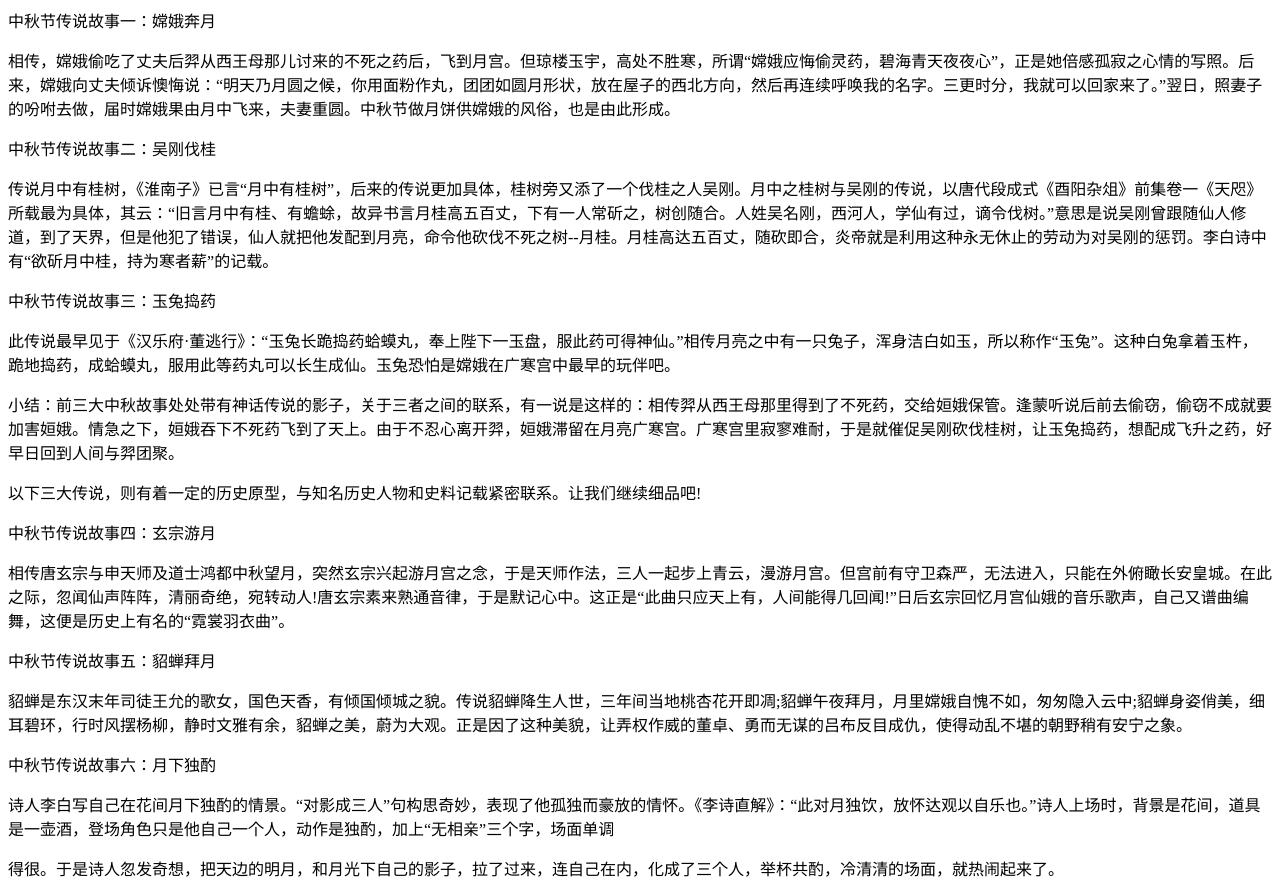
Repository: XueJie1/computer-operation-basics
Page: pages/midautumn/legend.html
The author's editor kept a copy of each file at every save. The page is drawn from the files as they stood at one save, then again after the next save.
The browser window is 1280 px wide. The pictures show the whole page.

Above is the page before, as saved 2023-09-04 22:01:30.

### pages/midautumn/legend.html
<p>中秋节传说故事一：嫦娥奔月</p>
<p>相传，嫦娥偷吃了丈夫后羿从西王母那儿讨来的不死之药后，飞到月宫。但琼楼玉宇，高处不胜寒，所谓“嫦娥应悔偷灵药，碧海青天夜夜心”，正是她倍感孤寂之心情的写照。后来，嫦娥向丈夫倾诉懊悔说：“明天乃月圆之候，你用面粉作丸，团团如圆月形状，放在屋子的西北方向，然后再连续呼唤我的名字。三更时分，我就可以回家来了。”翌日，照妻子的吩咐去做，届时嫦娥果由月中飞来，夫妻重圆。中秋节做月饼供嫦娥的风俗，也是由此形成。
</p>
<p>中秋节传说故事二：吴刚伐桂</p>
<p>传说月中有桂树，《淮南子》已言“月中有桂树”，后来的传说更加具体，桂树旁又添了一个伐桂之人吴刚。月中之桂树与吴刚的传说，以唐代段成式《酉阳杂俎》前集卷一《天咫》所载最为具体，其云：“旧言月中有桂、有蟾蜍，故异书言月桂高五百丈，下有一人常斫之，树创随合。人姓吴名刚，西河人，学仙有过，谪令伐树。”意思是说吴刚曾跟随仙人修道，到了天界，但是他犯了错误，仙人就把他发配到月亮，命令他砍伐不死之树--月桂。月桂高达五百丈，随砍即合，炎帝就是利用这种永无休止的劳动为对吴刚的惩罚。李白诗中有“欲斫月中桂，持为寒者薪”的记载。
</p>
<p>中秋节传说故事三：玉兔捣药</p>
<p>此传说最早见于《汉乐府·董逃行》：“玉兔长跪捣药蛤蟆丸，奉上陛下一玉盘，服此药可得神仙。”相传月亮之中有一只兔子，浑身洁白如玉，所以称作“玉兔”。这种白兔拿着玉杵，跪地捣药，成蛤蟆丸，服用此等药丸可以长生成仙。玉兔恐怕是嫦娥在广寒宫中最早的玩伴吧。
</p>
<p>小结：前三大中秋故事处处带有神话传说的影子，关于三者之间的联系，有一说是这样的：相传羿从西王母那里得到了不死药，交给姮娥保管。逢蒙听说后前去偷窃，偷窃不成就要加害姮娥。情急之下，姮娥吞下不死药飞到了天上。由于不忍心离开羿，姮娥滞留在月亮广寒宫。广寒宫里寂寥难耐，于是就催促吴刚砍伐桂树，让玉兔捣药，想配成飞升之药，好早日回到人间与羿团聚。
</p>
<p>以下三大传说，则有着一定的历史原型，与知名历史人物和史料记载紧密联系。让我们继续细品吧!</p>
<p>中秋节传说故事四：玄宗游月</p>
<p>相传唐玄宗与申天师及道士鸿都中秋望月，突然玄宗兴起游月宫之念，于是天师作法，三人一起步上青云，漫游月宫。但宫前有守卫森严，无法进入，只能在外俯瞰长安皇城。在此之际，忽闻仙声阵阵，清丽奇绝，宛转动人!唐玄宗素来熟通音律，于是默记心中。这正是“此曲只应天上有，人间能得几回闻!”日后玄宗回忆月宫仙娥的音乐歌声，自己又谱曲编舞，这便是历史上有名的“霓裳羽衣曲”。
</p>
<p>中秋节传说故事五：貂蝉拜月</p>
<p>貂蝉是东汉末年司徒王允的歌女，国色天香，有倾国倾城之貌。传说貂蝉降生人世，三年间当地桃杏花开即凋;貂蝉午夜拜月，月里嫦娥自愧不如，匆匆隐入云中;貂蝉身姿俏美，细耳碧环，行时风摆杨柳，静时文雅有余，貂蝉之美，蔚为大观。正是因了这种美貌，让弄权作威的董卓、勇而无谋的吕布反目成仇，使得动乱不堪的朝野稍有安宁之象。
</p>
<p>中秋节传说故事六：月下独酌</p>
<p>诗人李白写自己在花间月下独酌的情景。“对影成三人”句构思奇妙，表现了他孤独而豪放的情怀。《李诗直解》：“此对月独饮，放怀达观以自乐也。”诗人上场时，背景是花间，道具是一壶酒，登场角色只是他自己一个人，动作是独酌，加上“无相亲”三个字，场面单调
</p>
得很。于是诗人忽发奇想，把天边的明月，和月光下自己的影子，拉了过来，连自己在内，化成了三个人，举杯共酌，冷清清的场面，就热闹起来了。

After the next save:
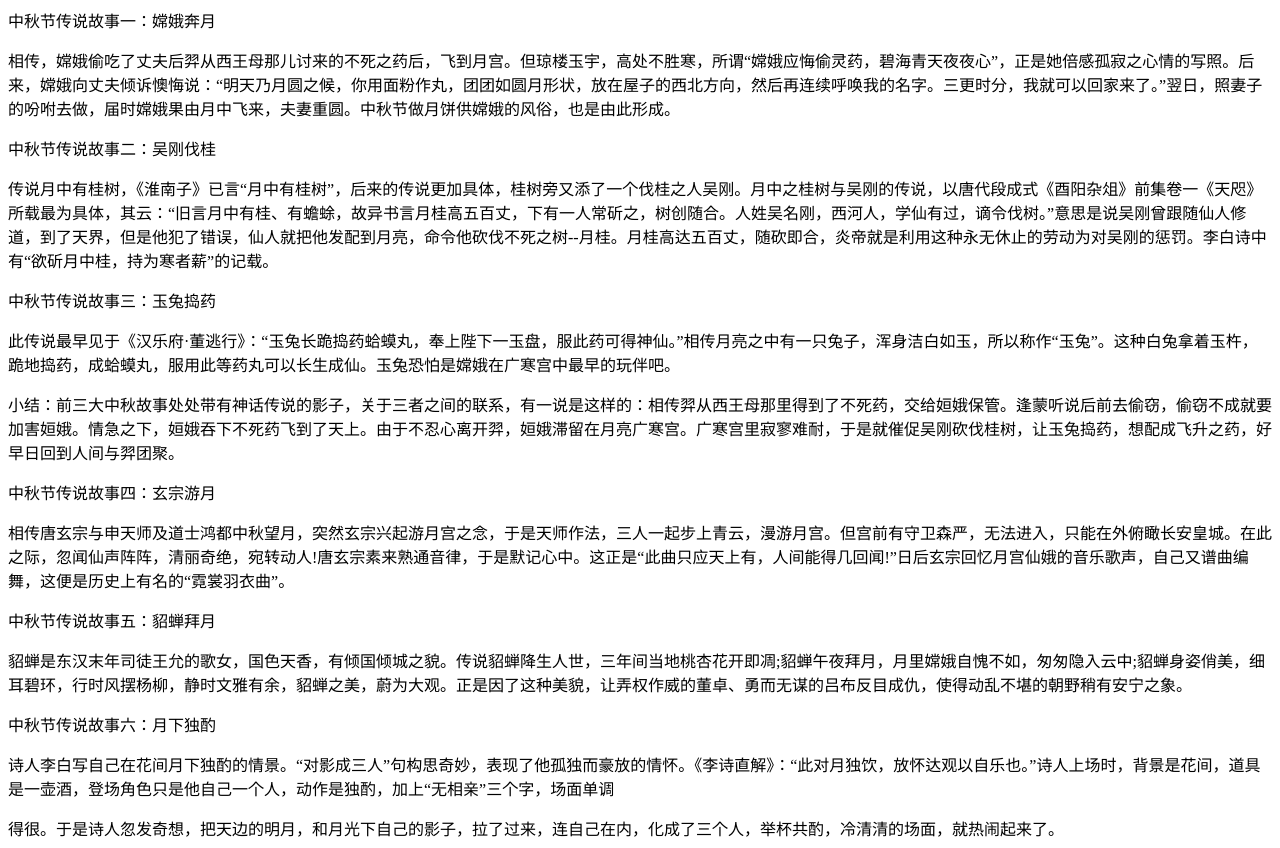
Saved 67 s later.
--- a/pages/midautumn/legend.html
+++ b/pages/midautumn/legend.html
@@ -9,7 +9,6 @@
 </p>
 <p>小结：前三大中秋故事处处带有神话传说的影子，关于三者之间的联系，有一说是这样的：相传羿从西王母那里得到了不死药，交给姮娥保管。逢蒙听说后前去偷窃，偷窃不成就要加害姮娥。情急之下，姮娥吞下不死药飞到了天上。由于不忍心离开羿，姮娥滞留在月亮广寒宫。广寒宫里寂寥难耐，于是就催促吴刚砍伐桂树，让玉兔捣药，想配成飞升之药，好早日回到人间与羿团聚。
 </p>
-<p>以下三大传说，则有着一定的历史原型，与知名历史人物和史料记载紧密联系。让我们继续细品吧!</p>
 <p>中秋节传说故事四：玄宗游月</p>
 <p>相传唐玄宗与申天师及道士鸿都中秋望月，突然玄宗兴起游月宫之念，于是天师作法，三人一起步上青云，漫游月宫。但宫前有守卫森严，无法进入，只能在外俯瞰长安皇城。在此之际，忽闻仙声阵阵，清丽奇绝，宛转动人!唐玄宗素来熟通音律，于是默记心中。这正是“此曲只应天上有，人间能得几回闻!”日后玄宗回忆月宫仙娥的音乐歌声，自己又谱曲编舞，这便是历史上有名的“霓裳羽衣曲”。
 </p>
